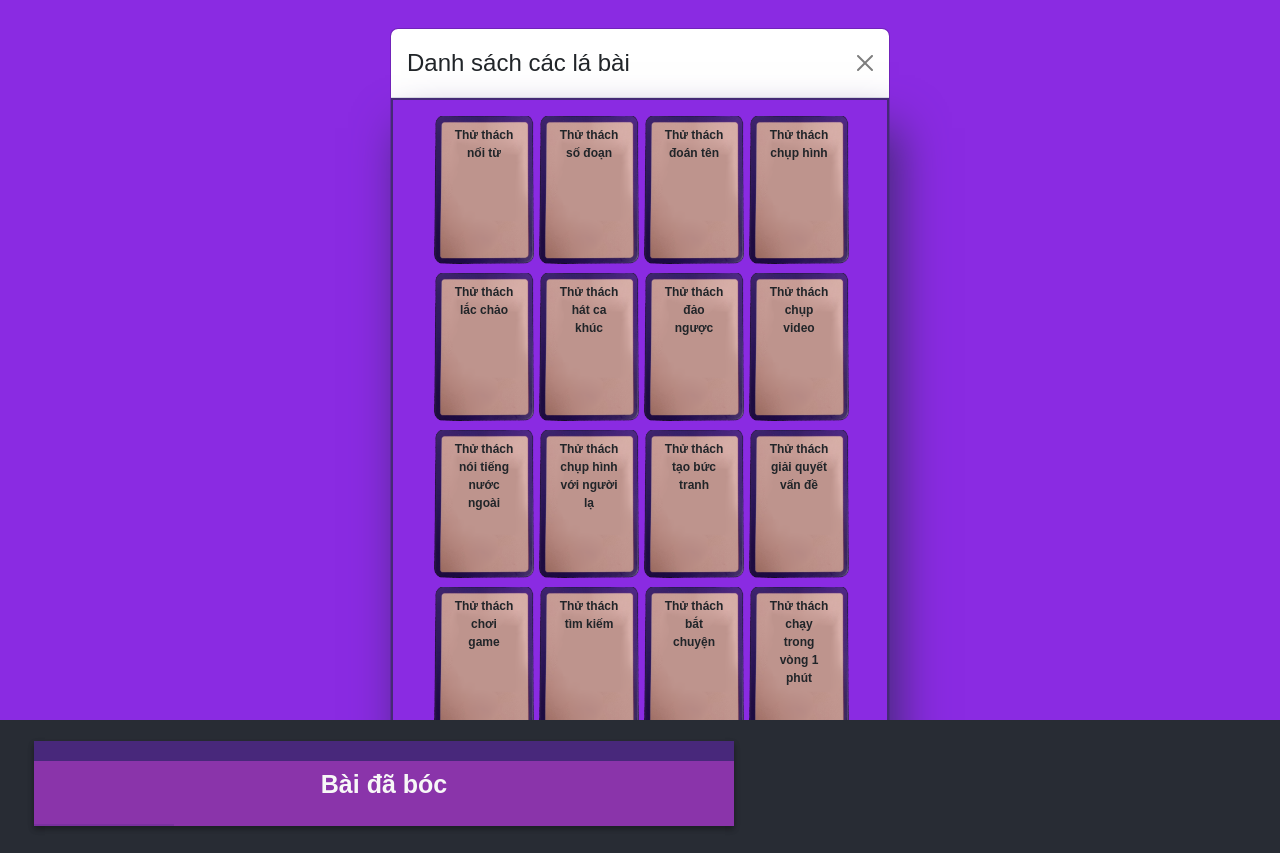
Repository: hivongseth2/drinkGame1
Page: / (app in my-app/)
An editor plug-in stored every save of this project. The page is shown before and after the next save, followed by the edit.
The browser window is 1280 px wide. The pictures show the whole page.
An inner scrolling area shows only its first screen. The project was rebuilt for these pictures with package versions that can differ from the ones it lists, and the page was loaded fresh each time. Also part of the build but not shown: my-app/src/views/GameMain.js.

Above is the page before, as saved 2023-01-19 16:18:21.

After the next save:
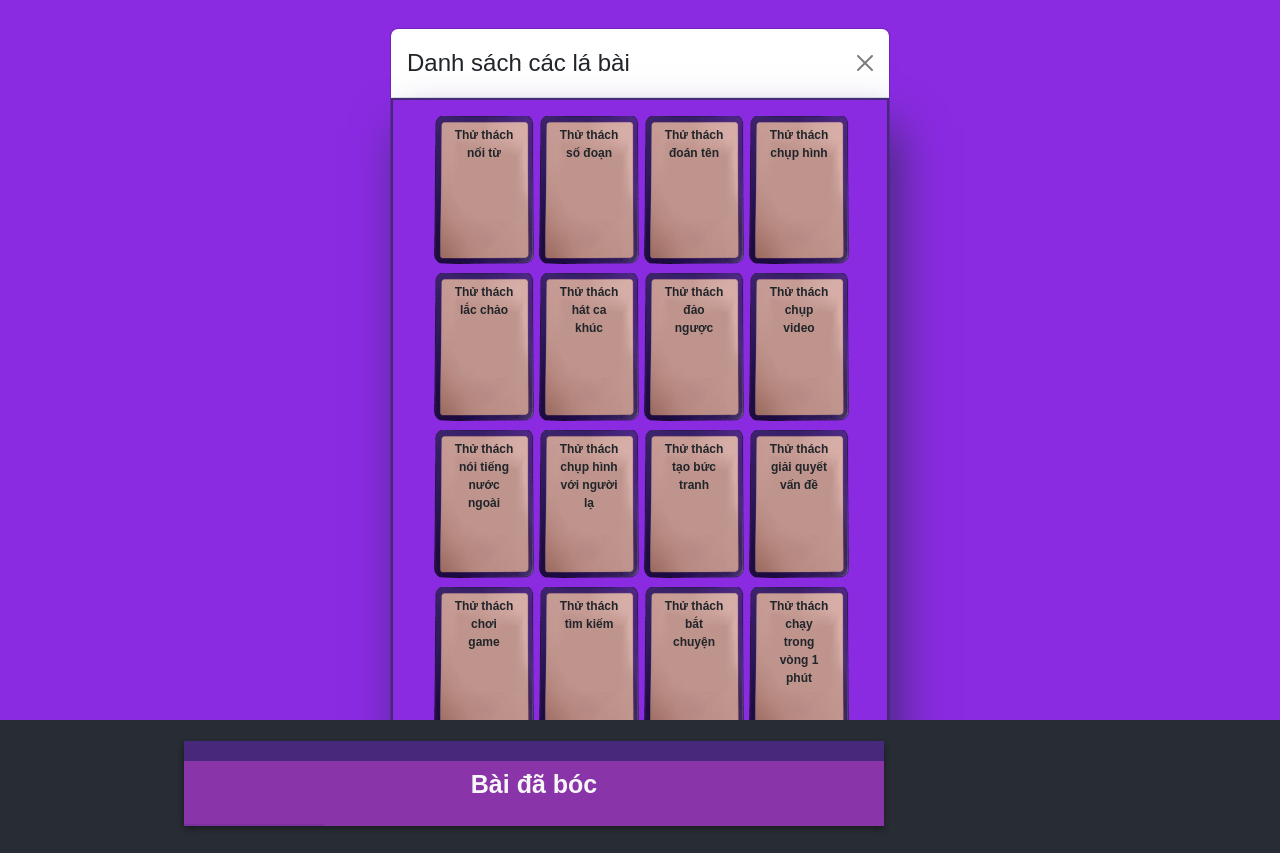
Saved 26 s later.
--- a/my-app/src/styles/ListPush.scss
+++ b/my-app/src/styles/ListPush.scss
@@ -31,6 +31,7 @@ $dark-pri: #48287B;
   border-top: 20px solid $dark-pri;
   margin-top: 24px;
   margin-bottom: 24px;
+  margin-left: 300px;
 }
 
 .items-head p {
